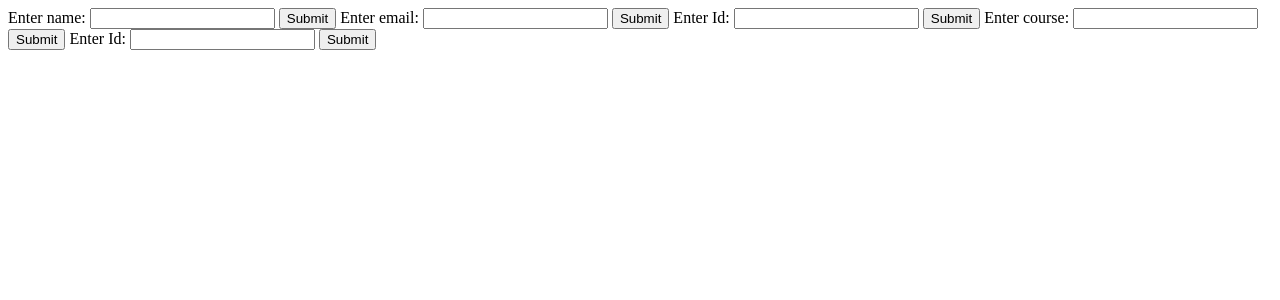
Repository: SanketSShedge/weje2
Page: servlet/src/main/webapp/studentreg.html
These files come from the project's save history. The page is drawn as it stood at one moment and after a run of saves; the edit follows.
The browser window is 1280 px wide. The pictures show the whole page.

Above is the page before, as saved 2022-12-11 07:23:21.

### servlet/src/main/webapp/studentreg.html
<!DOCTYPE html>
<html>
<head>
<meta charset="UTF-8">
<title>Insert title here</title>
</head>
<body>
<form action="./student" method="get">
	<label>Enter name:</label>
	<input type="text" name="name">
	<input type="Submit" value="Submit">

	<label>Enter email:</label>
	<input type="email" name="email">
	<input type="Submit" value="Submit">

	<label>Enter Id:</label>
	<input type="number" name="number">
	<input type="Submit" value="Submit">

	<label>Enter course:</label>
	<input type="text" name="number">
	<input type="Submit" value="Submit">

	<label>Enter Id:</label>
	<input type="number" name="number">
	<input type="Submit" value="Submit">
</form>
</body>
</html>

After the next 3 saves:
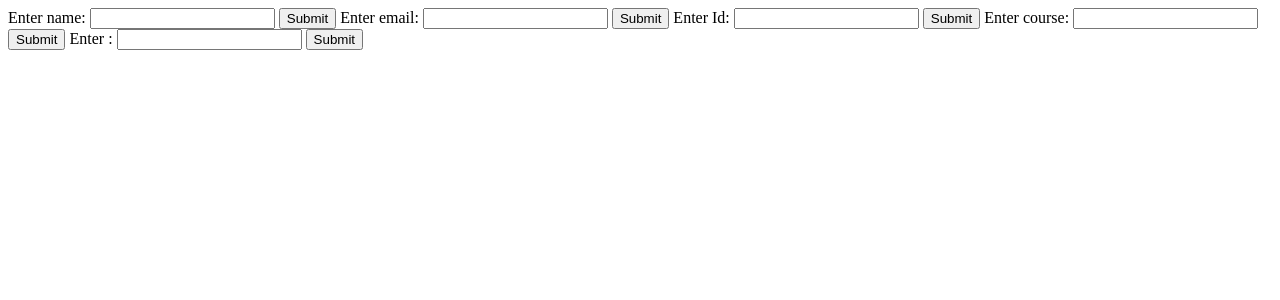
The 3 saves are shown as one change because they came seconds apart.
The last was saved 15 s later.
--- a/servlet/src/main/webapp/studentreg.html
+++ b/servlet/src/main/webapp/studentreg.html
@@ -19,10 +19,10 @@
 	<input type="Submit" value="Submit">
 
 	<label>Enter course:</label>
-	<input type="text" name="number">
+	<input type="text" name="text">
 	<input type="Submit" value="Submit">
 
-	<label>Enter Id:</label>
+	<label>Enter :</label>
 	<input type="number" name="number">
 	<input type="Submit" value="Submit">
 </form>
